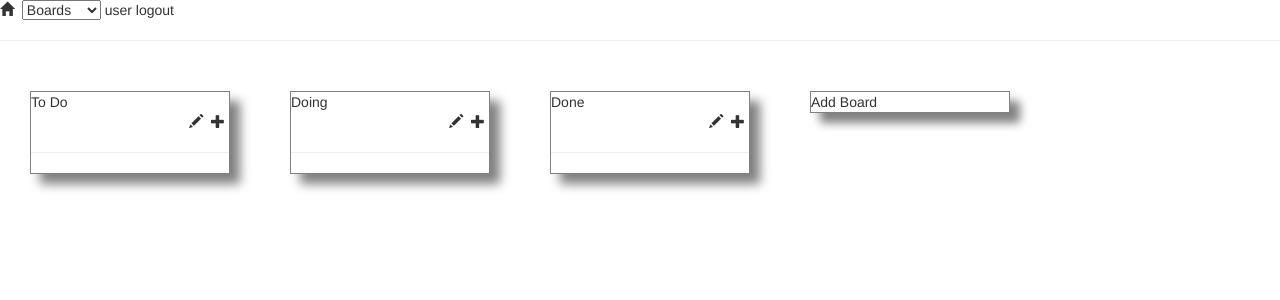
Repository: KIM-KYOUNG-OH/bitcamp-window
Page: Note/WebContent/front/note.html
An editor plug-in stored every save of this project. The page is shown before and after the next save, followed by the edit.
The browser window is 1280 px wide. The pictures show the whole page.

Above is the page before, as saved 2020-10-30 08:21:12.

### Note/WebContent/front/note.html
<!DOCTYPE html>
<html>
<head>
<meta charset="UTF-8">
<title>Insert title here</title>
<!-- Latest compiled and minified CSS -->
<link rel="stylesheet" href="https://maxcdn.bootstrapcdn.com/bootstrap/3.4.1/css/bootstrap.min.css">

<!-- jQuery library -->
<script src="https://ajax.googleapis.com/ajax/libs/jquery/3.5.1/jquery.min.js"></script>

<!-- Latest compiled JavaScript -->
<script src="https://maxcdn.bootstrapcdn.com/bootstrap/3.4.1/js/bootstrap.min.js"></script>
<script src="https://code.jquery.com/jquery-3.5.0.js"></script>
<style type="text/css">
	div.boards{
		float: left;
		margin: 30px;
		border: 1px solid gray;
		box-shadow: 10px 10px 10px grey;
		width: 200px;
	}

	.board_title{
		display: none;
	}

	.icon{
		text-align: right;
	}

	.add_data:hover{
		cursor: pointer;
		font-weight: bold;
		color: green;
	}

	#dialog-form>form{
		position: absolute;
		left: 100px;
		top: 100px;
		width: 300px;
		border: 1px solid black;
		background-color: white;
		z-index: 10;
		padding: 10px;
	}

	#update-form>form{
		position: absolute;
		left: 100px;
		top: 100px;
		width: 300px;
		border: 1px solid black;
		background-color: white;
		z-index: 10;
		padding: 10px;
	}

	div.lst:hover{
		background-color: rgb(211,211,211);
		cursor: pointer;

	}

	div.lst{
		margin: 5px;
	}

	img.imgs{
		width: 188px;
	}

</style>
</head>
<script type="text/javascript">
$(function(){
	$("#dialog-form").hide();
	$('#update-form').hide();
	showDatas();

	$("#create_data").click(function(){
		$("#dialog-form").show();
	});

	// 노트 추가
	$("#btnadd").click(function(){
		var title = $("#title").val();
		var description = $("#description").val();
		var imageValue = $("#image").val().split("\\");
		var image = imageValue[imageValue.length-1];
		var dueDate = $("#dueDate").val();
		$.ajax({
			type:'get',
			url:'./insertdata.jsp',
			datatype:'html',
			data:{"title":title,"description":description,
				"image":image,"dueDate":dueDate},
			success:function(data){
				showDatas();
			}
		});
	});

	// insert폼창 닫기
	$("#btncancel").click(function(){
		$("#title").val('');
		$("#description").val('');
		$("#comment").val('');
		$("#image").val('');
		$("#dueDate").val('');
		$("#dialog-form").hide();
	});

	// 데이터 클릭시 form창 열기
	$(document).one('click', 'div.lst', function(data) {
		$('#update-form').show();
		var num = $(this).attr("num");
		showFormData(num);
	})

	// update폼창 닫기
	$('#up_btncancel').click(function(){
		//$("#up_title").val('');
		//$("#up_description").val('');
		//$("#up_comment").val('');
		//$("#up_image").val('');
		//$("#up_dueDate").val('');
		$('#update-form').hide();
	});

	// update
	$("#btnupdate").click(function(){
		var num = $("#up_title").attr('num');
		var title = $("#up_title").val();
		var description = $("#up_description").val();
		var commention = $("#up_comment").val();
		console.log(commention);
		var imageValue = $("#up_image").val().split("\\");
		var image = imageValue[imageValue.length-1];
		var dueDate = $("#up_dueDate").val();
		updateData(num,title,description,commention,image,dueDate);
	});

	//insert form창 작은 이미지
	$("#image").change(function(){
		console.log("1:"+$(this)[0].files.length);
		console.log("2:"+$(this)[0].files[0]);

		if($(this)[0].files[0]){
			var reader = new FileReader();
			reader.onload=function(e){
				$("#showimg").attr("src",e.target.result);
			}
			reader.readAsDataURL($(this)[0].files[0]);
		}
	});

	//update form창 작은 이미지
	$("#up_image").change(function(){
		console.log("1:"+$(this)[0].files.length);
		console.log("2:"+$(this)[0].files[0]);

		if($(this)[0].files[0]){
			var reader = new FileReader();
			reader.onload=function(e){
				$("#up_showimg").attr("src",e.target.result);
			}
			reader.readAsDataURL($(this)[0].files[0]);
		}
	});

	$("#chat").click(function(){
		var a = localStorage['email'].split('@');
		var name = a[0];
		var t = $("#up_comment").html();
		var message = $("#up_input_comment").val();
		var s = name + ">><br>&nbsp;" +message+"<br>";
		$("#up_input_comment").val('');
		t += s;
		if(message.length>0){
			$("#up_comment").html(t);
		}
	});
});

function updateData(num,title,description,commention,image,dueDate){
	$.ajax({
		type: 'get',
		url: './updatedata.jsp',
		dataType: 'html',
		data:{"num":num,"title":title,"description":description,"commention":commention,
			"image":image,"dueDate":dueDate},
		success:function(data){
			showDatas();
		}
	});
}

function showFormData(num){
	$.ajax({
		type: 'post',
		url: "./getdata.jsp",
		dataType:'json',
		data:{"num":num},
		success:function(data){
			$("#up_title").attr('num',data.num);
			$("#up_title").val(data.title);
			$("#up_description").val(data.description);
			var s = data.commention;
			$("#up_comment").html(s);
			//$("#up_image").val(data.image);
			$("#up_dueDate").val(data.dueDate);

		}
	});
}

function showDatas(){
	$.ajax({
		type: 'post',
		url: "./showdatas.jsp",
		dataType:'json',
		success:function(data){
			var s = '';
			$(data).each(function(i, elt) {
				s += "<div class='lst' num='"+elt.num+"'>";
				s += "<b>"+(i+1)+". <span id='key'>"+elt.title+ "</span></b><br>";
				if(elt.description){
					s += "<span class='glyphicon glyphicon-align-left'></span><br>";
				}
				if(elt.image){
					s += "<img class='imgs' src='../image/"+elt.image+"'>";
				}
				s += "</div><hr>";
			});

			$("#datas").html(s);
		}
	});
}

</script>
<body>
<div id="dialog-form">
  <form>
	<fieldset>
	<h4 style='text-align: center;'><b>노트 추가</b></h4><br>
		<label>title</label><br>
		<input type="text" id="title" placeholder="노트명 입력"><br>
		<label>description</label><br>
		<textarea id="description" rows='8' cols='35'></textarea><br>
		<label>image</label>
		<input type="file" accept="image/*" id="image"><br>
		<img id = "showimg" style="width:140px;"><br>
		<label>dueDate</label>
		<input type="date" id="dueDate"><br>
		<button id="btnadd" type="submit" class="btn btn-success">노트 추가</button>&nbsp;
		<button id="btncancel" type='button' class="btn btn-danger">cancel</button>
	</fieldset>
  </form>
</div>

<div id="update-form">
  <form>
	<fieldset>
	<h4 style='text-align: center;'><b>노트 정보</b></h4><br>
		<label>title</label><br>
		<input type="text" id="up_title" placeholder="노트명 입력"><br>
		<label>description</label><br>
		<textarea id="up_description" style='overflow:scroll; width:268px; height: 166px;' rows='8' cols='35'></textarea><br>
		<label>commention</label><br>
		<input type="text" id="up_input_comment" placeholder="코멘트 입력">
		&nbsp;<button type="button" id='chat' class="btn btn-success" style="height: 28px; width: 80px; ">Enter</button><br>
		<div id="up_comment" style='overflow:scroll; width:268px; height: 166px;'></div><br>
		<label>image</label>
		<input type="file" accept="image/*" id="up_image"><br>
		<img id = "up_showimg" style="width:140px;"><br>
		<label>dueDate</label>
		<input type="date" id="up_dueDate"><br>
		<button id="btnupdate" type="submit" class="btn btn-success">노트 수정</button>&nbsp;
		<button id="btndelete" type="button" class="btn btn-warning">노트 삭제</button>&nbsp;
		<button id="up_btncancel" type='button' class="btn btn-danger">cancel</button>
	</fieldset>
  </form>
</div>

<div id='head'></div>
	<span class="glyphicon glyphicon-home"></span>&nbsp;
	<select>
		<option>Boards</option>
		<option>Calendar</option>
	</select>
	<span id='user'>user</span>
	<span>logout</span>
	<hr>
<div id='body'></div>
	<div class='boards'><input type="text" class='board_title'><span>To Do</span><br>
	<div class='icon'>
		<span class="glyphicon glyphicon-pencil"></span>&nbsp;
		<span class="add_data glyphicon glyphicon-plus" id='create_data'></span>&nbsp;
	</div><hr>
	<div id='datas' class='daaas'></div>
	</div>

	<div class='boards'><input type="text" class='board_title'><span>Doing</span><br>
	<div class='icon'>
		<span class="glyphicon glyphicon-pencil"></span>&nbsp;
		<span class="glyphicon glyphicon-plus"></span>&nbsp;
	</div>
	<hr></div>
	<div class='boards'><input type="text" class='board_title'><span>Done</span><br>
	<div class='icon'>
		<span class="glyphicon glyphicon-pencil"></span>&nbsp;
		<span class="glyphicon glyphicon-plus"></span>&nbsp;
	</div><hr>
	<div></div>
</div>
<div class='boards'>Add Board</div>

</body>
</html>

After the next save:
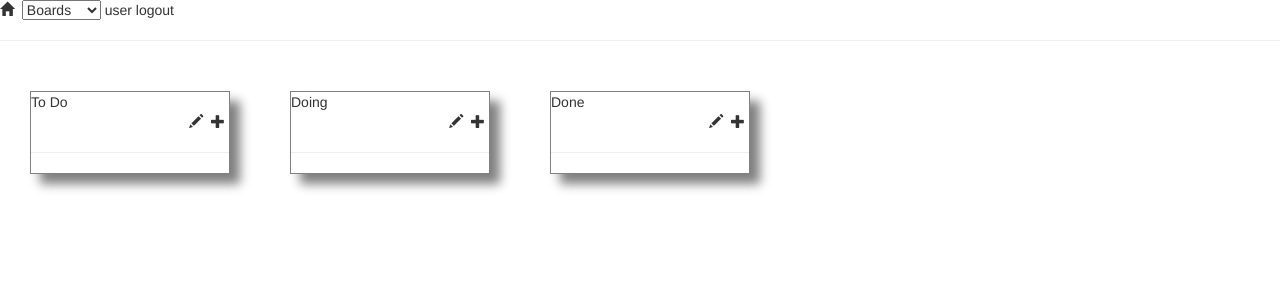
Saved 2 min 33 s later.
--- a/Note/WebContent/front/note.html
+++ b/Note/WebContent/front/note.html
@@ -316,7 +316,6 @@ function showDatas(){
 	</div><hr>
 	<div></div>
 </div>
-<div class='boards'>Add Board</div>
 
 </body>
 </html>
